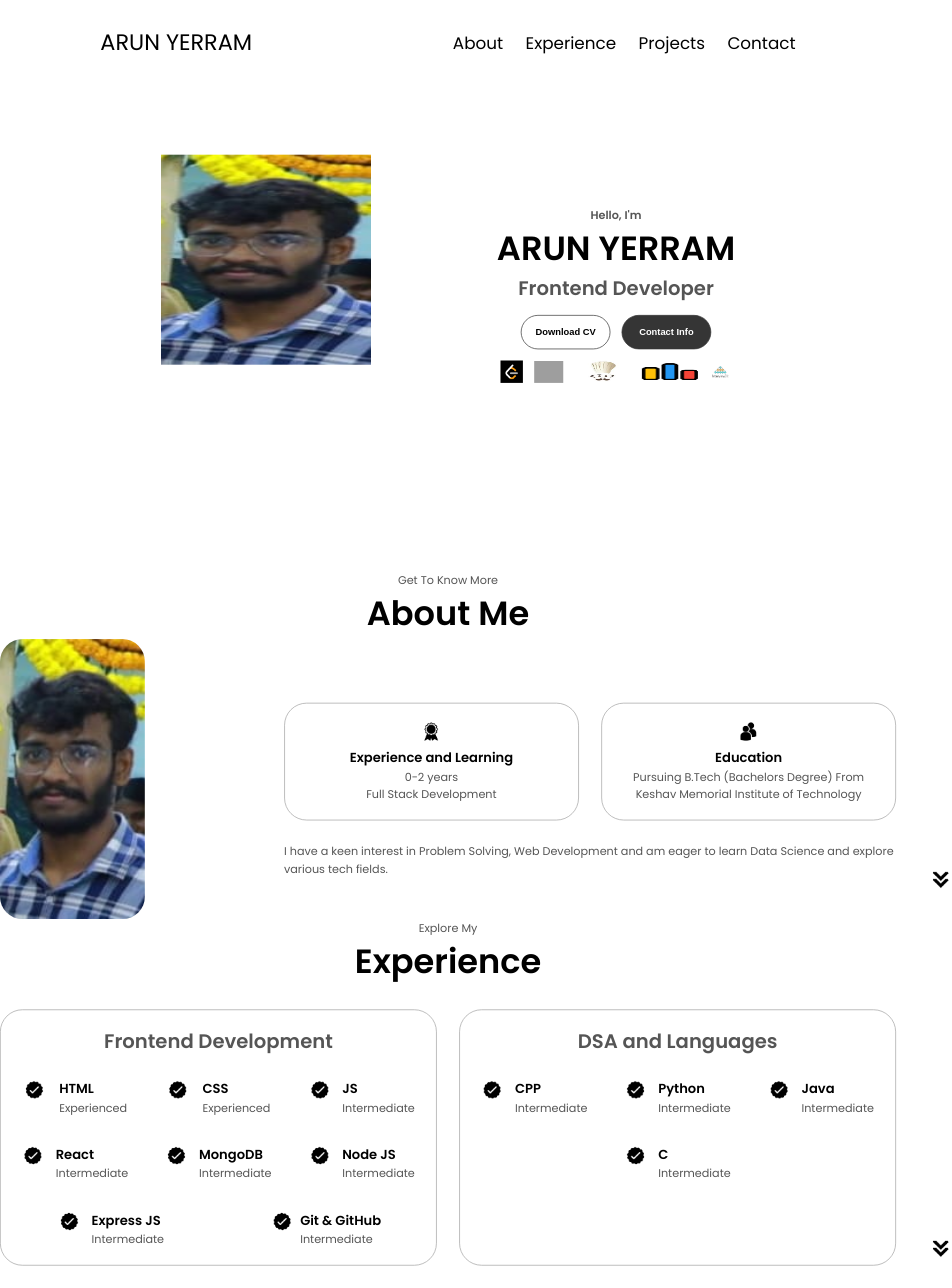
Repository: ARUN-YERRAM/ARUN-YERRAM-PORTFOLIO
Page: portfolio/index.html
These files come from the project's save history. The page is drawn as it stood at one moment and after a run of saves; the edit follows.
The browser window is 1280 px wide. The page is 1360 px wide, so the pictures cover 1360 px, including what lies to the right of the window. The pictures show the part of the page from y = 0 to 1840 px (the page is 3129 px tall), at 70% of full size.
Pictures or frames that could not be fetched are drawn as grey boxes.

Above is the page before, as saved 2024-07-07 04:43:23.

### portfolio/index.html
<!DOCTYPE html>
<html lang="en">
<head>
  <meta charset="UTF-8" />
  <meta http-equiv="X-UA-Compatible" content="IE=edge" />
  <meta name="viewport" content="width=device-width, initial-scale=1.0" />
  <title>My Portfolio</title>
  <link rel="stylesheet" href="style.css" />
  <link rel="stylesheet" href="mediaqueries.css" />
</head>
<body>
  <nav id="desktop-nav">
    <div class="logo">ARUN YERRAM</div>
    <div>
      <ul class="nav-links">
        <li><a href="#about">About</a></li>
        <li><a href="#experience">Experience</a></li>
        <li><a href="#projects">Projects</a></li>
        <li><a href="#contact">Contact</a></li>
      </ul>
    </div>
  </nav>
  <nav id="hamburger-nav">
    <div class="logo">ARUN YERRAM</div>
    <div class="hamburger-menu">
      <div class="hamburger-icon" onclick="toggleMenu()">
        <span></span>
        <span></span>
        <span></span>
      </div>
      <div class="menu-links">
        <li><a href="#about" onclick="toggleMenu()">About</a></li>
        <li><a href="#experience" onclick="toggleMenu()">Experience</a></li>
        <li><a href="#projects" onclick="toggleMenu()">Projects</a></li>
        <li><a href="#contact" onclick="toggleMenu()">Contact</a></li>
      </div>
    </div>
  </nav>
  <section id="profile">
    <div class="section__pic-container">
      <img src="./assets/Photo1.jpg" alt="John Doe profile picture" width="300px" height="300px" />
    </div>
    <div class="section__text">
      <p class="section__text__p1">Hello, I'm</p>
      <h1 class="title">ARUN YERRAM</h1>
      <p class="section__text__p2">Frontend Developer</p>
      <div class="btn-container">
        <button class="btn btn-color-2" onclick="window.open('./assets/My_Resume.pdf')">Download CV</button>
        <button class="btn btn-color-1" onclick="location.href='./#contact'">Contact Info</button>
      </div>
      <div id="socials-container">
        <img src="./assets/leetcode.png" alt="My Leetcode profile" class="icon" onclick="window.open('https://leetcode.com/u/arun_2005/', '_blank')" width=""/>
        <img src="./assets/GFG.jpeg" alt="My GFG profile" class="icon" onclick="window.open('https://www.geeksforgeeks.org/user/arunyerram/?utm_source=geeksforgeeks&utm_medium=my_profile&utm_campaign=auth_user', '_blank')" />
        <img src="./assets/CodeChef.jpeg" alt="My CodeChef profile" class="icon" onclick="window.open('https://www.codechef.com/users/yarun2k05', '_blank')" width="80px"/>
        <img src="./assets/Codeforces.png" alt="My CodeForces profile" class="icon" width="80px"onclick="window.open('https://codeforces.com/profile/Arunyerram_12', '_blank')" />
        <img src="./assets/IB.png" alt="My InterviewBit profile" class="icon" onclick="window.open('https://www.interviewbit.com/profile/yerram-arun/', '_blank')" />
      </div>
    </div>
  </section>
  <section id="about">
    <p class="section__text__p1">Get To Know More</p>
    <h1 class="title">About Me</h1>
    <div class="section-container">
      <div class="section__pic-container">
        <img src="./assets/Photo1.jpg" alt="Profile picture" class="about-pic" />
      </div>
      <div class="about-details-container">
        <div class="about-containers">
          <div class="details-container">
            <img src="./assets/experience.png" alt="Experience icon" class="icon" />
            <h3>Experience and Learning</h3>
            <p>0-2 years <br />Full Stack Development</p>
          </div>
          <div class="details-container">
            <img src="./assets/education.png" alt="Education icon" class="icon" />
            <h3>Education</h3>
            <p>Pursuing B.Tech (Bachelors Degree) From Keshav Memorial Institute of Technology <br /></p>
          </div>
        </div>
        <div class="text-container">
          <p>I have a keen interest in Problem Solving, Web Development and am eager to learn Data Science and explore various tech fields.</p>
        </div>
      </div>
    </div>
    <img src="./assets/arrow.png" alt="Arrow icon" class="icon arrow" onclick="location.href='./#experience'" />
  </section>
  <section id="experience">
    <p class="section__text__p1">Explore My</p>
    <h1 class="title">Experience</h1>
    <div class="experience-details-container">
      <div class="about-containers">
        <div class="details-container">
          <h2 class="experience-sub-title">Frontend Development</h2>
          <div class="article-container">
            <article>
              <img src="./assets/checkmark.png" alt="Experience icon" class="icon" />
              <div>
                <h3>HTML</h3>
                <p>Experienced</p>
              </div>
            </article>

            <article>
              <img src="./assets/checkmark.png" alt="Experience icon" class="icon" />
              <div>
                <h3>CSS</h3>
                <p>Experienced</p>
              </div>
            </article>

            <article>
              <img src="./assets/checkmark.png" alt="Experience icon" class="icon" />
              <div>
                <h3>JS</h3>
                <p>Intermediate</p>
              </div>
            </article>

            <article>
              <img src="./assets/checkmark.png" alt="Experience icon" class="icon" />
              <div>
                <h3>React</h3>
                <p>Intermediate</p>
              </div>
            </article>

            <article>
              <img src="./assets/checkmark.png" alt="Experience icon" class="icon" />
              <div>
                <h3>MongoDB</h3>
                <p>Intermediate</p>
              </div>
            </article>

            <article>
              <img src="./assets/checkmark.png" alt="Experience icon" class="icon" />
              <div>
                <h3>Node JS</h3>
                <p>Intermediate</p>
              </div>
            </article>

            <article>
              <img src="./assets/checkmark.png" alt="Experience icon" class="icon" />
              <div>
                <h3>Express JS</h3>
                <p>Intermediate</p>
              </div>
            </article>

            <article>
              <img src="./assets/checkmark.png" alt="Experience icon" class="icon" />
              <div>
                <h3>Git & GitHub</h3>
                <p>Intermediate</p>
              </div>
            </article>

          </div>
        </div>
        <div class="details-container">
          <h2 class="experience-sub-title">DSA and Languages</h2>
          <div class="article-container">
            <article>
              <img src="./assets/checkmark.png" alt="Experience icon" class="icon" />
              <div>
                <h3>CPP</h3>
                <p>Intermediate</p>
              </div>
            </article>
            <article>
              <img src="./assets/checkmark.png" alt="Experience icon" class="icon" />
              <div>
                <h3>Python</h3>
                <p>Intermediate</p>
              </div>
            </article>

            <article>
              <img src="./assets/checkmark.png" alt="Experience icon" class="icon" />
              <div>
                <h3>Java</h3>
                <p>Intermediate</p>
              </div>
            </article>

            <article>
              <img src="./assets/checkmark.png" alt="Experience icon" class="icon" />
              <div>
                <h3>C</h3>
                <p>Intermediate</p>
              </div>
            </article>
          </div>
        </div>
      </div>
    </div>
    <img src="./assets/arrow.png" alt="Arrow icon" class="icon arrow" onclick="location.href='./#projects'" />
  </section>
  <section id="projects">
    <p class="section__text__p1">Browse My Recent</p>
    <h1 class="title">Projects</h1>
    <div class="experience-details-container">
      <div class="about-containers">
        <div class="details-container color-container">
          <div class="article-container">
            <img src="./assets/P1.png" alt="Project 1" class="project-img" />
          </div>
          <h2 class="experience-sub-title project-title">NYAAYSAHAAYAK</h2>
          <div class="btn-container">
            <button class="btn btn-color-2 project-btn" onclick="location.href='https://github.com/ARUN-YERRAM/NYAAYSAHAAYAK'">GitHub</button>
            <button class="btn btn-color-2 project-btn" onclick="location.href=''">Live Demo</button>
          </div>
        </div>
        <div class="details-container color-container">
          <div class="article-container">
            <img src="./assets/project-2.png" alt="Project 2" class="project-img" />
          </div>
          <h2 class="experience-sub-title project-title">LecturesCheck</h2>
          <div class="btn-container">
            <button class="btn btn-color-2 project-btn" onclick="location.href='https://github.com/ARUN-YERRAM/LecturesCheck'">GitHub</button>
            <button class="btn btn-color-2 project-btn" onclick="location.href=''">Live Demo</button>
          </div>
        </div>
      </div>
    </div>
    <img src="./assets/arrow.png" alt="Arrow icon" class="icon arrow" onclick="location.href='./#contact'" />
  </section>
  <section id="contact">
    <p class="section__text__p1">Get in Touch</p>
    <h1 class="title">Contact Me</h1>
    <div class="contact-info-upper-container">
      <div class="contact-info-container">
        <img src="./assets/email.png" alt="Email icon" class="icon contact-icon email-icon" />
        <p><a href="mailto:arunyerram12022005@gmail.com">arunyerram12022005@gmail.com</a></p>
      </div>
      <div class="contact-info-container">
        <img src="./assets/linkedin.png" alt="LinkedIn icon" class="icon contact-icon" />
        <p><a href="https://www.linkedin.com/in/arun-yerram/">LinkedIn</a></p>
      </div>
    </div>
  </section>
  <footer>
    <nav>
      <div class="nav-links-container">
        <ul class="nav-links">
          <li><a href="#about">About</a></li>
          <li><a href="#experience">Experience</a></li>
          <li><a href="#projects">Projects</a></li>
          <li><a href="#contact">Contact</a></li>
        </ul>
      </div>
    </nav>
    <p>Copyright &#169; 2024 Arun Yerram. All Rights Reserved.</p>
  </footer>
  <script src="script.js"></script>
</body>
</html>

### portfolio/style.css
/* GENERAL */

@import url("https://fonts.googleapis.com/css2?family=Poppins:wght@300;400;500;600&display=swap");

* {
  margin: 0;
  padding: 0;
}

body {
  font-family: "Poppins", sans-serif;
}

html {
  scroll-behavior: smooth;
}

p {
  color: rgb(85, 85, 85);
}

/* TRANSITION */

a,
.btn {
  transition: all 300ms ease;
}


/* DESKTOP NAV */

nav,
.nav-links {
  display: flex;
}

nav {
  justify-content: space-around;
  align-items: center;
  height: 17vh;
}

.nav-links {
  gap: 2rem;
  list-style: none;
  font-size: 1.5rem;
}

a {
  color: black;
  text-decoration: none;
  text-decoration-color: white;
}

a:hover {
  color: grey;
  text-decoration: underline;
  text-underline-offset: 1rem;
  text-decoration-color: rgb(181, 181, 181);
}

.logo {
  font-size: 2rem;
}

.logo:hover {
  cursor: default;
}

/* HAMBURGER MENU */

#hamburger-nav {
  display: none;
}

.hamburger-menu {
  position: relative;
  display: inline-block;
}

.hamburger-icon {
  display: flex;
  flex-direction: column;
  justify-content: space-between;
  height: 24px;
  width: 30px;
  cursor: pointer;
}

.hamburger-icon span {
  width: 100%;
  height: 2px;
  background-color: black;
  transition: all 0.3 ease-in-out;
}

.menu-links {
  position: absolute;
  top: 100%;
  right: 0;
  background-color: white;
  width: fit-content;
  max-height: 0;
  overflow: hidden;
  transition: all 0.3 ease-in-out;
}

.menu-links a {
  display: block;
  padding: 10px;
  text-align: center;
  font-size: 1.5rem;
  color: black;
  text-decoration: none;
  transition: all 0.3 ease-in-out;
}

.menu-links li {
  list-style: none;
}

.menu-links.open {
  max-height: 300px;
}

.hamburger-icon.open span:first-child {
  transform: rotate(45deg) translate(10px, 5px);
}

.hamburger-icon.open span:nth-child(2) {
  opacity: 0;
}

.hamburger-icon.open span:last-child {
  transform: rotate(-45deg) translate(10px, -5px);
}

.hamburger-icon span:first-child {
  transform: none;
}

.hamburger-icon span:first-child {
  opacity: 1;
}

.hamburger-icon span:first-child {
  transform: none;
}


'.icon {
  width: 40px;
  height: 40px;
  margin: 0 10px;
  cursor: pointer;
}

#socials-container {
  display: flex;
  align-items: center;
  justify-content: center;
  margin-top: 20px;
}
'

/* SECTIONS */

section {
  padding-top: 4vh;
  height: 96vh;
  margin: 0 10rem;
  box-sizing: border-box;
  min-height: fit-content;
}

.section-container {
  display: flex;
}

/* PROFILE SECTION */

#profile {
  display: flex;
  justify-content: center;
  gap: 5rem;
  height: 80vh;
}

.section__pic-container {
  display: flex;
  height: 400px;
  width: 400px;
  margin: auto 0;
}

.section__text {
  align-self: center;
  text-align: center;
}

.section__text p {
  font-weight: 600;
}

.section__text__p1 {
  text-align: center;
}

.section__text__p2 {
  font-size: 1.75rem;
  margin-bottom: 1rem;
}

.title {
  font-size: 3rem;
  text-align: center;
}

#socials-container {
  display: flex;
  justify-content: center;
  margin-top: 1rem;
  gap: 1rem;
}

/* ICONS */

.icon {
  cursor: pointer;
  height: 2rem;
}

/* BUTTONS */

.btn-container {
  display: flex;
  justify-content: center;
  gap: 1rem;
}

.btn {
  font-weight: 600;
  transition: all 300ms ease;
  padding: 1rem;
  width: 8rem;
  border-radius: 2rem;
}

.btn-color-1,
.btn-color-2 {
  border: rgb(53, 53, 53) 0.1rem solid;
}

.btn-color-1:hover,
.btn-color-2:hover {
  cursor: pointer;
}

.btn-color-1,
.btn-color-2:hover {
  background: rgb(53, 53, 53);
  color: white;
}

.btn-color-1:hover {
  background: rgb(0, 0, 0);
}

.btn-color-2 {
  background: none;
}

.btn-color-2:hover {
  border: rgb(255, 255, 255) 0.1rem solid;
}

.btn-container {
  gap: 1rem;
}

/* ABOUT SECTION */

#about {
  position: relative;
}

.about-containers {
  gap: 2rem;
  margin-bottom: 2rem;
  margin-top: 2rem;
}

.about-details-container {
  justify-content: center;
  flex-direction: column;
}

.about-containers,
.about-details-container {
  display: flex;
}

.about-pic {
  border-radius: 2rem;
}

.arrow {
  position: absolute;
  right: -5rem;
  bottom: 2.5rem;
}

.details-container {
  padding: 1.5rem;
  flex: 1;
  background: white;
  border-radius: 2rem;
  border: rgb(53, 53, 53) 0.1rem solid;
  border-color: rgb(163, 163, 163);
  text-align: center;
}

.section-container {
  gap: 4rem;
  height: 80%;
}

.section__pic-container {
  height: 400px;
  width: 400px;
  margin: auto 0;
}

/* EXPERIENCE SECTION */

#experience {
  position: relative;
}

.experience-sub-title {
  color: rgb(85, 85, 85);
  font-weight: 600;
  font-size: 1.75rem;
  margin-bottom: 2rem;
}

.experience-details-container {
  display: flex;
  justify-content: center;
  flex-direction: column;
}

.article-container {
  display: flex;
  text-align: initial;
  flex-wrap: wrap;
  flex-direction: row;
  gap: 2.5rem;
  justify-content: space-around;
}

article {
  display: flex;
  width: 10rem;
  justify-content: space-around;
  gap: 0.5rem;
}

article .icon {
  cursor: default;
}

/* PROJECTS SECTION */

#projects {
  position: relative;
}

.color-container {
  border-color: rgb(163, 163, 163);
  background: rgb(250, 250, 250);
}

.project-img {
  border-radius: 2rem;
  width: 90%;
  height: 90%;
}

.project-title {
  margin: 1rem;
  color: black;
}

.project-btn {
  color: black;
  border-color: rgb(163, 163, 163);
}

/* CONTACT */

#contact {
  display: flex;
  justify-content: center;
  flex-direction: column;
  height: 70vh;
}

.contact-info-upper-container {
  display: flex;
  justify-content: center;
  border-radius: 2rem;
  border: rgb(53, 53, 53) 0.1rem solid;
  border-color: rgb(163, 163, 163);
  background: (250, 250, 250);
  margin: 2rem auto;
  padding: 0.5rem;
}

.contact-info-container {
  display: flex;
  align-items: center;
  justify-content: center;
  gap: 0.5rem;
  margin: 1rem;
}

.contact-info-container p {
  font-size: larger;
}

.contact-icon {
  cursor: default;
}

.email-icon {
  height: 2.5rem;
}

/* FOOTER SECTION */

footer {
  height: 26vh;
  margin: 0 1rem;
}

footer p {
  text-align: center;
}

### portfolio/mediaqueries.css
@media screen and (max-width: 1400px) {
  #profile {
    height: 83vh;
    margin-bottom: 6rem;
  }
  .about-containers {
    flex-wrap: wrap;
  }
  #contact,
  #projects {
    height: fit-content;
  }
}

@media screen and (max-width: 1200px) {
  #desktop-nav {
    display: none;
  }
  #hamburger-nav {
    display: flex;
  }
  #experience,
  .experience-details-container {
    margin-top: 2rem;
  }
  #profile,
  .section-container {
    display: block;
  }
  .arrow {
    display: none;
  }
  section,
  .section-container {
    height: fit-content;
  }
  section {
    margin: 0 5%;
  }
  .section__pic-container {
    width: 275px;
    height: 275px;
    margin: 0 auto 2rem;
  }
  .about-containers {
    margin-top: 0;
  }
}

@media screen and (max-width: 600px) {
  #contact,
  footer {
    height: 40vh;
  }
  #profile {
    height: 83vh;
    margin-bottom: 0;
  }
  article {
    font-size: 1rem;
  }
  footer nav {
    height: fit-content;
    margin-bottom: 2rem;
  }
  .about-containers,
  .contact-info-upper-container,
  .btn-container {
    flex-wrap: wrap;
  }
  .contact-info-container {
    margin: 0;
  }
  .contact-info-container p,
  .nav-links li a {
    font-size: 1rem;
  }
  .experience-sub-title {
    font-size: 1.25rem;
  }
  .logo {
    font-size: 1.5rem;
  }
  .nav-links {
    flex-direction: column;
    gap: 0.5rem;
    text-align: center;
  }
  .section__pic-container {
    width: auto;
    height: 46vw;
    justify-content: center;
  }
  .section__text__p2 {
    font-size: 1.25rem;
  }
  .title {
    font-size: 2rem;
  }
  .text-container {
    text-align: justify;
  }
}

Loaded but not shown: portfolio/script.js (common file)

After the next 3 saves:
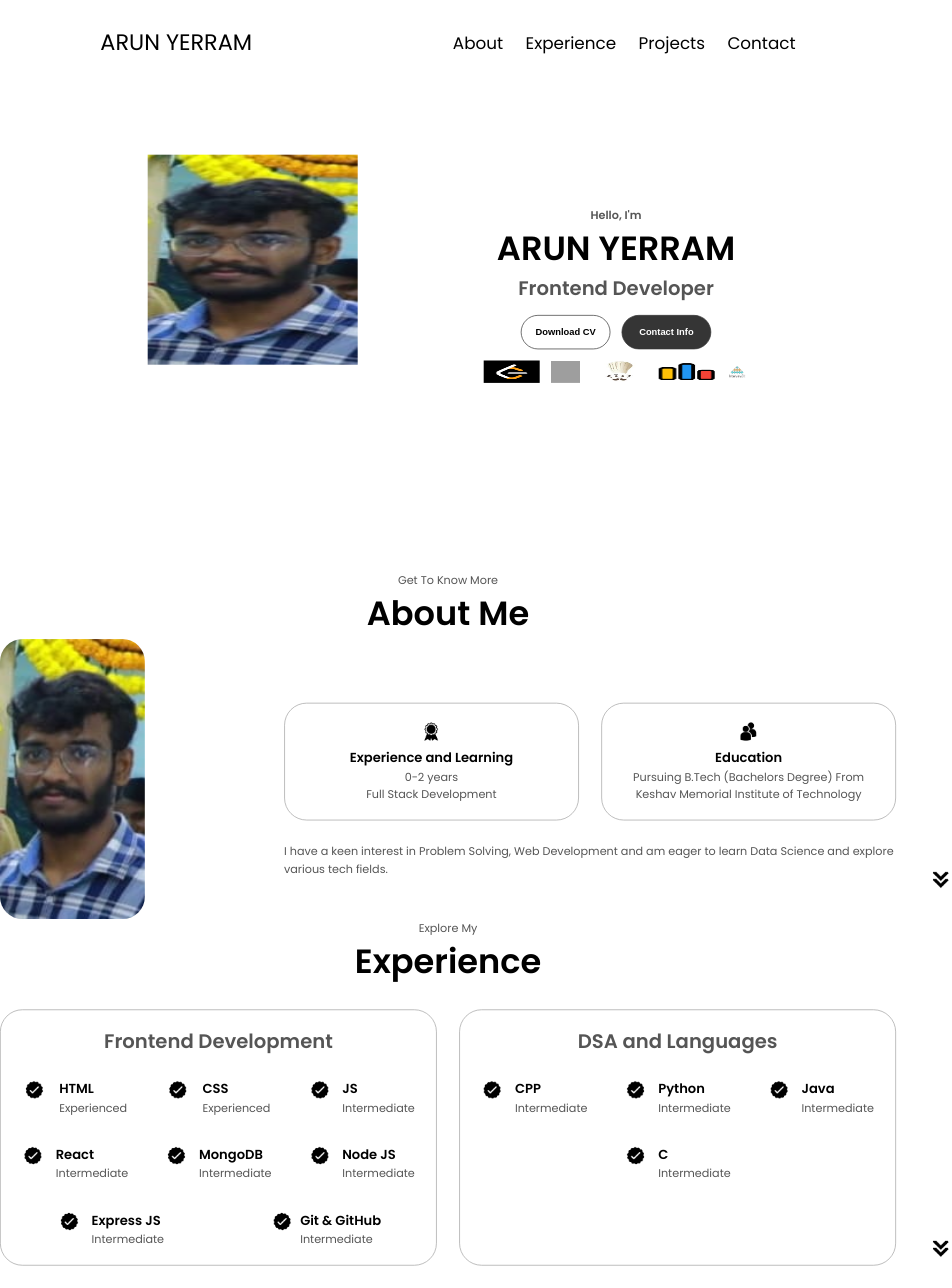
The 3 saves are shown as one change because they came seconds apart.
The last was saved 8 s later.
--- a/portfolio/index.html
+++ b/portfolio/index.html
@@ -49,7 +49,7 @@
         <button class="btn btn-color-1" onclick="location.href='./#contact'">Contact Info</button>
       </div>
       <div id="socials-container">
-        <img src="./assets/leetcode.png" alt="My Leetcode profile" class="icon" onclick="window.open('https://leetcode.com/u/arun_2005/', '_blank')" width=""/>
+        <img src="./assets/leetcode.png" alt="My Leetcode profile" class="icon" onclick="window.open('https://leetcode.com/u/arun_2005/', '_blank')" width=80px"/>
         <img src="./assets/GFG.jpeg" alt="My GFG profile" class="icon" onclick="window.open('https://www.geeksforgeeks.org/user/arunyerram/?utm_source=geeksforgeeks&utm_medium=my_profile&utm_campaign=auth_user', '_blank')" />
         <img src="./assets/CodeChef.jpeg" alt="My CodeChef profile" class="icon" onclick="window.open('https://www.codechef.com/users/yarun2k05', '_blank')" width="80px"/>
         <img src="./assets/Codeforces.png" alt="My CodeForces profile" class="icon" width="80px"onclick="window.open('https://codeforces.com/profile/Arunyerram_12', '_blank')" />
